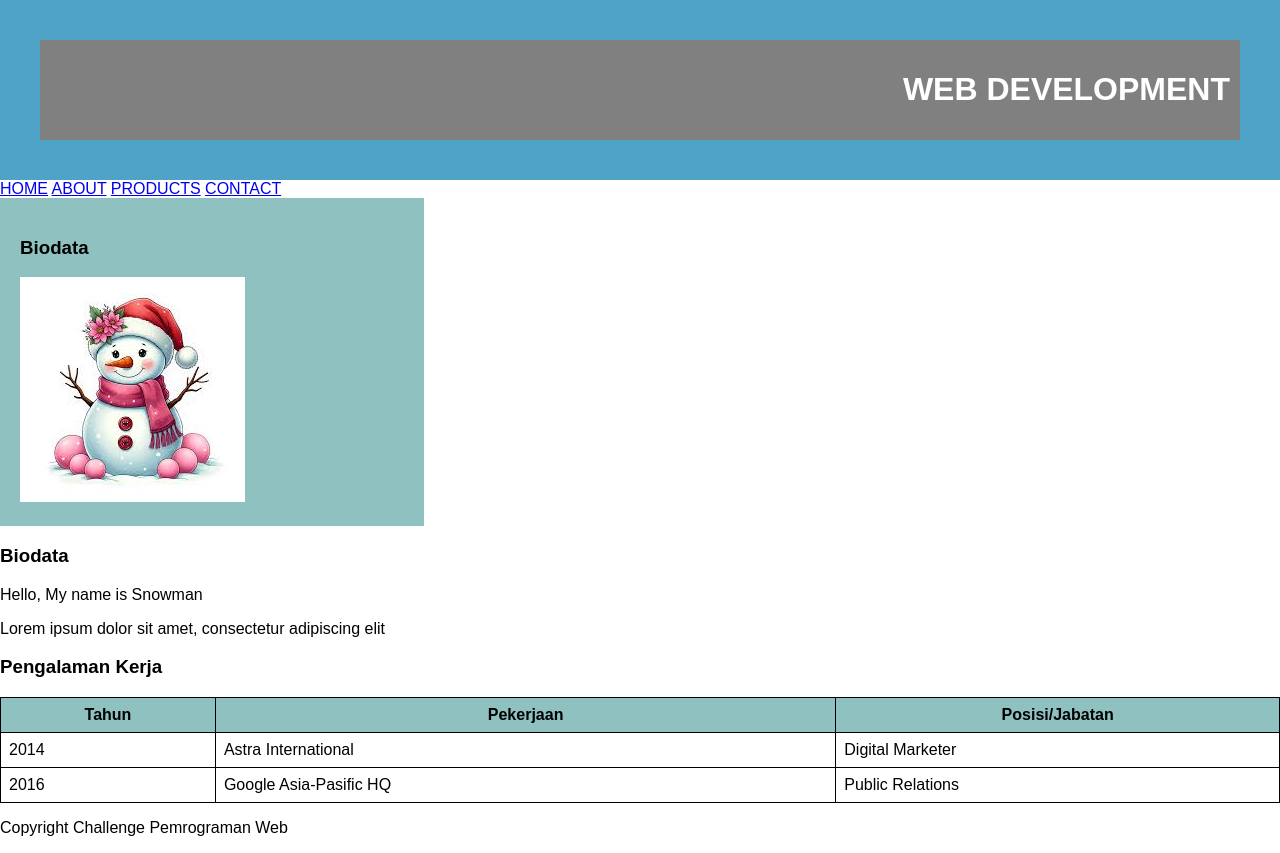
Repository: razitazhr/Pertemuan-6_24.116194
Page: Pertemuan 5/Challenge 5.html
These files come from the project's save history. The page is drawn as it stood at one moment and after the next save; the edit follows.
The browser window is 1280 px wide. The pictures show the whole page.

Above is the page before, as saved 2026-05-02 21:30:10.

### Pertemuan 5/Challenge 5.html
<!DOCTYPE html>
<html lang="en">
<head>
    <meta charset="UTF-8">
    <meta name="viewport" content="width=device-width, initial-scale=1.0">
    <title>Challenge 5_24.11.6194</title>
    <link rel="stylesheet" href="style.css">
</head>
<body>
    <div class="header">
        <div class="nav">
            <h1><span>WEB</span> DEVELOPMENT</h1>
        </div>
    </div>
    <div class="navbar">
        <a href="#">HOME</a>
        <a href="#">ABOUT</a>
        <a href="#">PRODUCTS</a>
        <a href="#">CONTACT</a>
    </div>
    <div class="container">
        <div class="biodata">
            <h3>Biodata</h3>
            <img src="snowman.jpg" alt="">
        </div>
    </div>
    <div id="Biodata">
        <h3>Biodata</h3>
            <p>Hello, My name is Snowman</p>
            <p>Lorem ipsum dolor sit amet, consectetur adipiscing elit</p>
    </div>
    <div class="Pengalaman Kerja">
        <h3>Pengalaman Kerja</h3>
            <table>
                <tr>
                    <th>Tahun</th>
                    <th>Pekerjaan</th>
                    <th>Posisi/Jabatan</th>
                </tr>
                <tr>
                    <td>2014</td>
                    <td>Astra International</td>
                    <td>Digital Marketer</td>
                </tr>
                <tr>
                    <td>2016</td>
                    <td>Google Asia-Pasific HQ</td>
                    <td>Public Relations</td>
                </tr>
            </table>
    </div>
    <FOOTER>
        <div class="Copyright Challenge Pemrograman Web">
            <p>Copyright Challenge Pemrograman Web</p>
        </div>
    </FOOTER>
</body>
</html>

### Pertemuan 5/Style.CSS
body {
    margin: 0;
    font-family: Arial;
}
.header {
    background: #4fa3c7;
    padding: 40px;
    color: white;
    text-align: center;
}
.nav {
    display: flex;
    justify-content: flex-end;
    background: gray;
    padding: 10px;
}
.nav a {
    color: white;
    text-decoration: none;
    margin-left: 20px;
}
.container {
    display: flex;
}
.biodata {
    width: 30%;
    background: #8fc1c1;
    padding: 20px;
}
.pengalaman {
    width: 70%;
    background: #f2f2f2;
    padding: 20px;
}
table {
    width: 100%;
    border-collapse: collapse;
}
th {
    background: #8fc1c1;
}
table, th, td {
    border: 1px solid black;
    padding: 8px;
}
.footer {
    background: gray;
    text-align: center;
    padding: 10px;
}

After the next save:
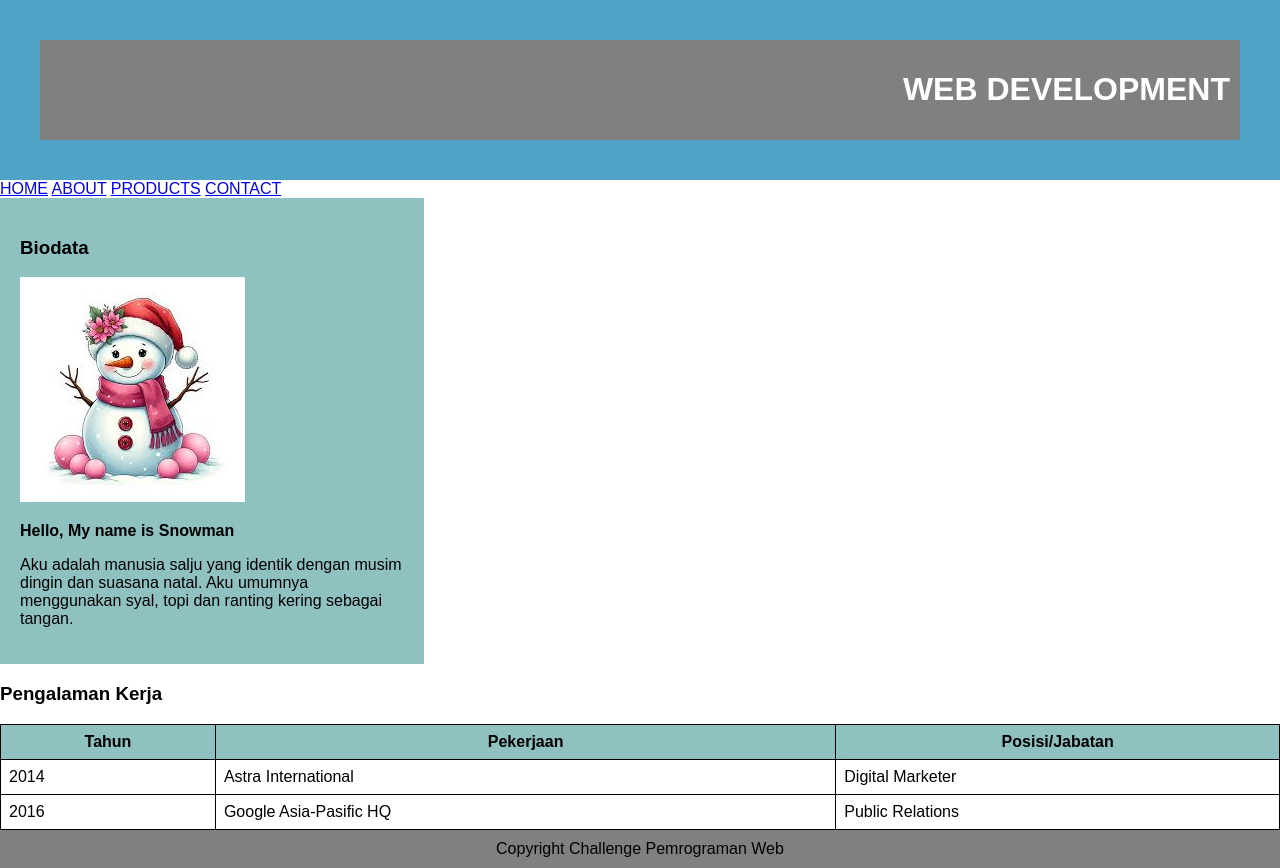
Saved 7 min 13 s later.
--- a/Pertemuan 5/Challenge 5.html
+++ b/Pertemuan 5/Challenge 5.html
@@ -22,37 +22,32 @@
         <div class="biodata">
             <h3>Biodata</h3>
             <img src="snowman.jpg" alt="">
+            <p><b>Hello, My name is Snowman</b></p>
+            <p>Aku adalah manusia salju yang identik dengan musim dingin dan suasana natal. Aku umumnya menggunakan syal, topi dan ranting kering sebagai tangan.</p>
         </div>
     </div>
-    <div id="Biodata">
-        <h3>Biodata</h3>
-            <p>Hello, My name is Snowman</p>
-            <p>Lorem ipsum dolor sit amet, consectetur adipiscing elit</p>
+    <div class="Pengalaman">
+        <h3>Pengalaman Kerja</h3>
+        <table>
+            <tr>
+                <th>Tahun</th>
+                <th>Pekerjaan</th>
+                <th>Posisi/Jabatan</th>
+            </tr>
+            <tr>
+                <td>2014</td>
+                <td>Astra International</td>
+                <td>Digital Marketer</td>
+            </tr>
+            <tr>
+                <td>2016</td>
+                <td>Google Asia-Pasific HQ</td>
+                <td>Public Relations</td>
+            </tr>
+        </table>
     </div>
-    <div class="Pengalaman Kerja">
-        <h3>Pengalaman Kerja</h3>
-            <table>
-                <tr>
-                    <th>Tahun</th>
-                    <th>Pekerjaan</th>
-                    <th>Posisi/Jabatan</th>
-                </tr>
-                <tr>
-                    <td>2014</td>
-                    <td>Astra International</td>
-                    <td>Digital Marketer</td>
-                </tr>
-                <tr>
-                    <td>2016</td>
-                    <td>Google Asia-Pasific HQ</td>
-                    <td>Public Relations</td>
-                </tr>
-            </table>
+    <div class="footer">
+        Copyright Challenge Pemrograman Web
     </div>
-    <FOOTER>
-        <div class="Copyright Challenge Pemrograman Web">
-            <p>Copyright Challenge Pemrograman Web</p>
-        </div>
-    </FOOTER>
 </body>
 </html>
